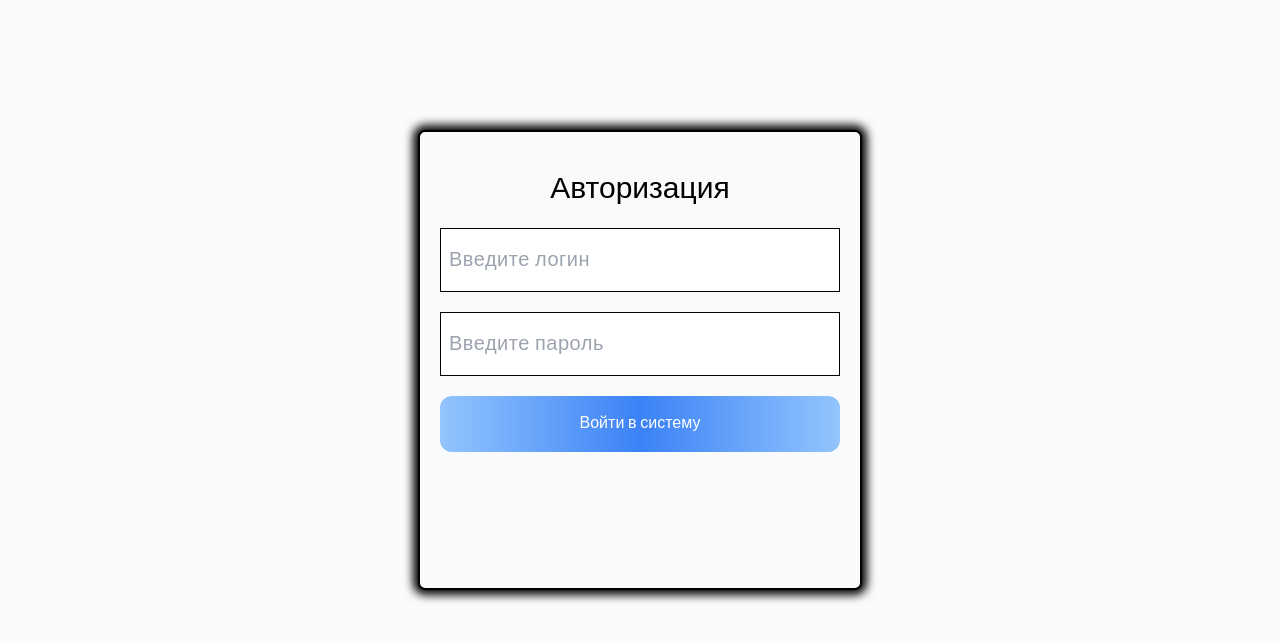
Repository: AlearvickOne/CartridgesApp
Page: /
These files come from the project's save history. The page is drawn as it stood at one moment and after the next save; the edit follows.
The browser window is 1280 px wide. The pictures show the whole page.
The page's requests for data from a server got no answer. The project was rebuilt for these pictures with package versions that can differ from the ones it lists, and the page was loaded fresh each time. The framework's server and built-in components were replaced by stand-ins that run in the browser. No one was signed in, and anything a server would have sent is missing. Also part of the build but not shown: next.config.mjs.

Above is the page before, as saved 2024-04-19 15:59:50.

After the next save:
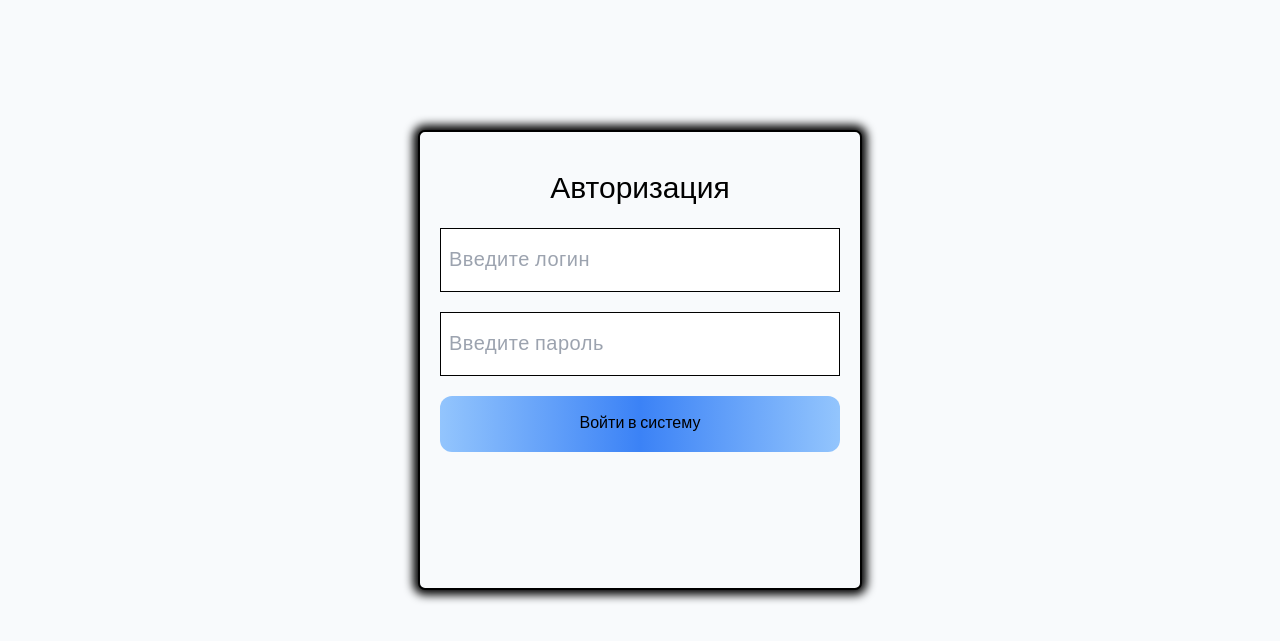
Saved 33 s later.
--- a/src/styles/home/Home.module.scss
+++ b/src/styles/home/Home.module.scss
@@ -16,7 +16,7 @@
       }
 
       > button {
-        @apply p-2 rounded-xl hover:text-violet-200 text-white h-14 bg-gradient-to-r from-blue-300 via-blue-500 to-blue-300;
+        @apply p-2 rounded-xl hover:text-violet-200 text-black h-14 bg-gradient-to-r from-blue-300 via-blue-500 to-blue-300;
       }
     }
   }

After the 2 saves that followed:
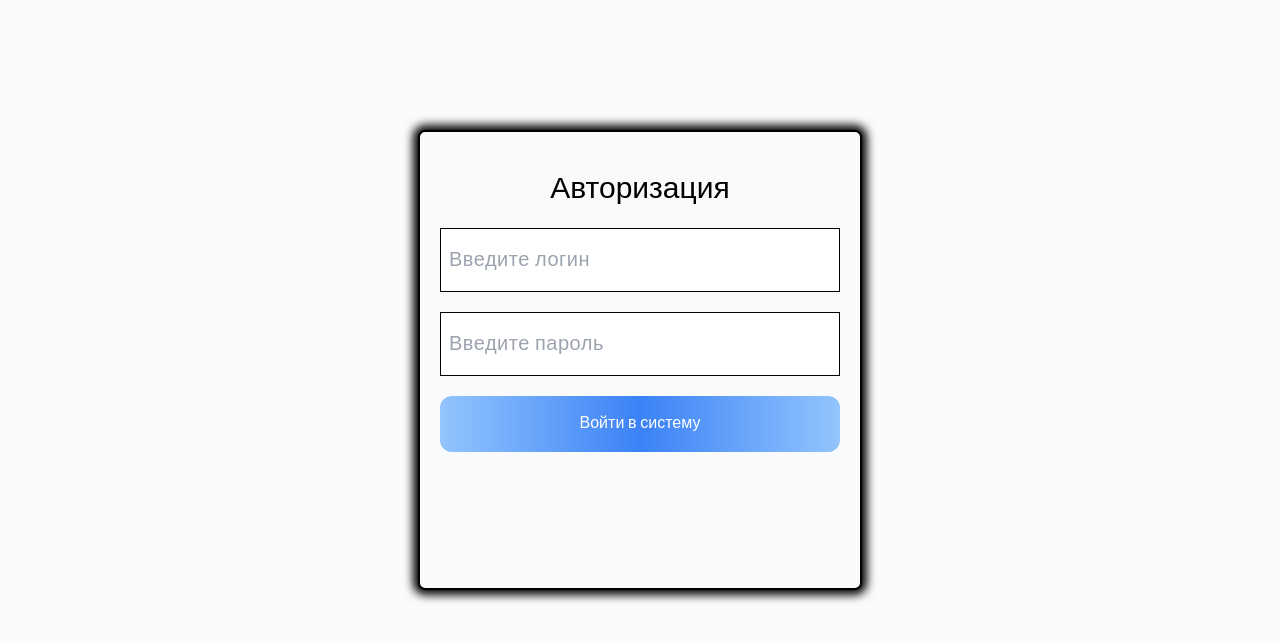
The 2 saves are shown as one change because 1 left the picture as it was.
The last was saved 9 s later.
--- a/src/styles/home/Home.module.scss
+++ b/src/styles/home/Home.module.scss
@@ -16,7 +16,7 @@
       }
 
       > button {
-        @apply p-2 rounded-xl hover:text-violet-200 text-black h-14 bg-gradient-to-r from-blue-300 via-blue-500 to-blue-300;
+        @apply p-2 rounded-xl hover:text-violet-200 text-white h-14 bg-gradient-to-r from-blue-300 via-blue-500 to-blue-300;
       }
     }
   }
